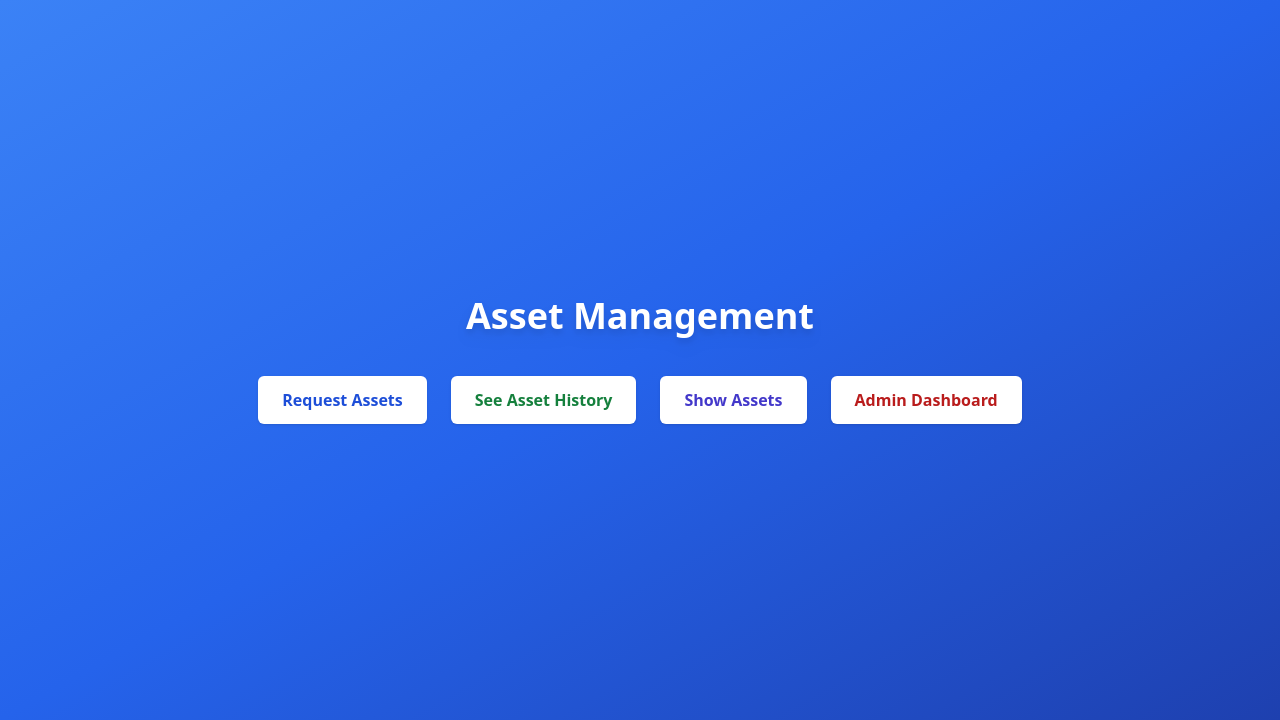
Repository: NirmalyaSatapathy/NirmalyaSatapathyProjects
Page: http://localhost/AssetManagement/EmployDashBoard.jsp
The author's editor kept a copy of each file at every save. The page is drawn from the files as they stood at one save, then again after the next save.
The browser window is 1280 px wide. The pictures show the whole page.
Some web libraries are served in a nearby version. The page is served by Tomcat 9.

Above is the page before, as saved 2025-06-03 17:11:00.

After the next save:
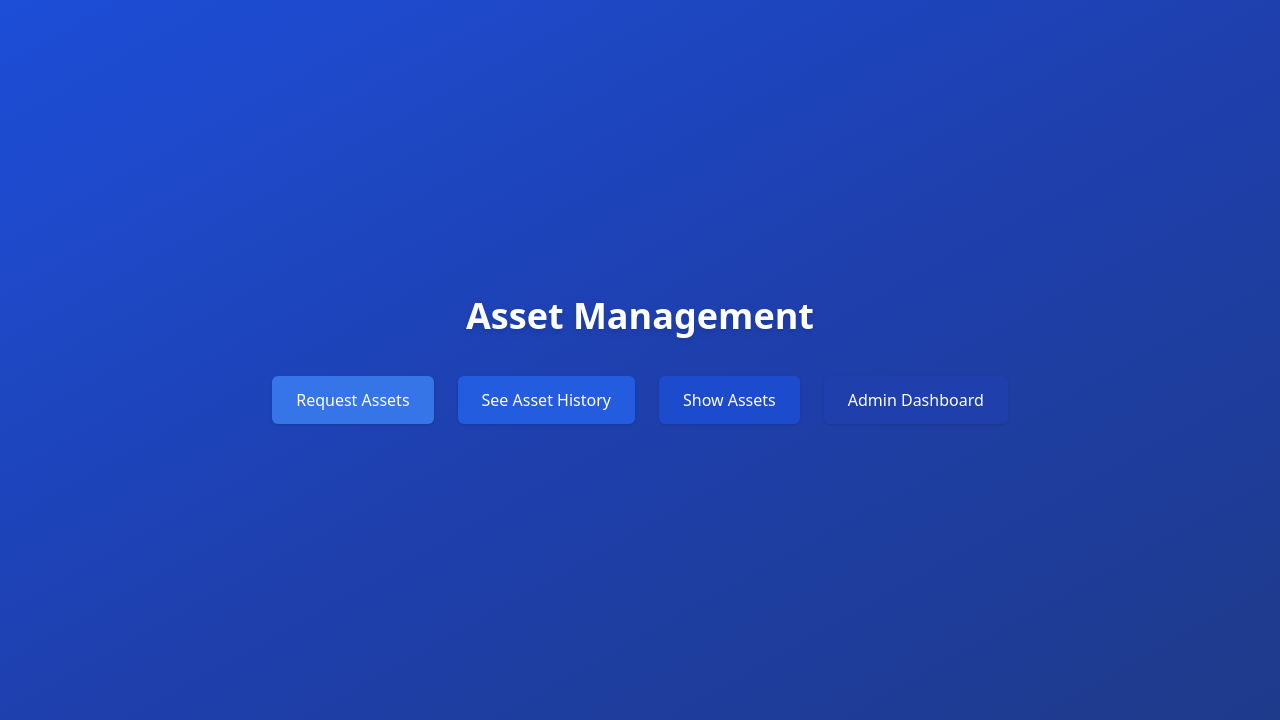
Saved 2 min 13 s later.
--- a/AssetManagement/AssetManagement/src/main/webapp/EmployDashBoard.jsp
+++ b/AssetManagement/AssetManagement/src/main/webapp/EmployDashBoard.jsp
@@ -9,42 +9,29 @@
 <!-- Tailwind CSS CDN -->
 <script src="https://cdn.tailwindcss.com"></script>
 
-<!-- Optional: Tailwind custom animation for pulsing shine -->
-<script>
-  tailwind.config = {
-    theme: {
-      extend: {
-        animation: {
-          'shine': 'pulse 5s infinite',
-        }
-      }
-    }
-  }
-</script>
+</head>
+<body class="bg-gradient-to-br from-blue-700 via-blue-800 to-blue-900 text-white min-h-screen flex flex-col items-center justify-center">
 
-</head>
-<body class="bg-gradient-to-br from-blue-500 via-blue-600 to-blue-800 text-white min-h-screen flex flex-col items-center justify-center animate-shine">
-
-    <h1 class="text-4xl font-bold mb-10 drop-shadow-lg">Asset Management</h1>
+    <h1 class="text-4xl font-bold mb-10 drop-shadow-md">Asset Management</h1>
 
     <div class="flex flex-wrap gap-6">
         <a href="RequestAsset.jsf"
-           class="px-6 py-3 bg-white text-blue-700 font-semibold rounded-md shadow hover:bg-blue-100 transition">
+           class="px-6 py-3 bg-blue-500/80 text-white font-medium rounded-md shadow hover:bg-blue-400/80 transition">
            Request Assets
         </a>
 
         <a href="ShowAssetHistory.jsf"
-           class="px-6 py-3 bg-white text-green-700 font-semibold rounded-md shadow hover:bg-green-100 transition">
+           class="px-6 py-3 bg-blue-600/80 text-white font-medium rounded-md shadow hover:bg-blue-500/80 transition">
            See Asset History
         </a>
 
         <a href="ShowAssets.jsf"
-           class="px-6 py-3 bg-white text-indigo-700 font-semibold rounded-md shadow hover:bg-indigo-100 transition">
+           class="px-6 py-3 bg-blue-700/80 text-white font-medium rounded-md shadow hover:bg-blue-600/80 transition">
            Show Assets
         </a>
 
         <a href="AminLogin.jsf"
-           class="px-6 py-3 bg-white text-red-700 font-semibold rounded-md shadow hover:bg-red-100 transition">
+           class="px-6 py-3 bg-blue-800/80 text-white font-medium rounded-md shadow hover:bg-blue-700/80 transition">
            Admin Dashboard
         </a>
     </div>
